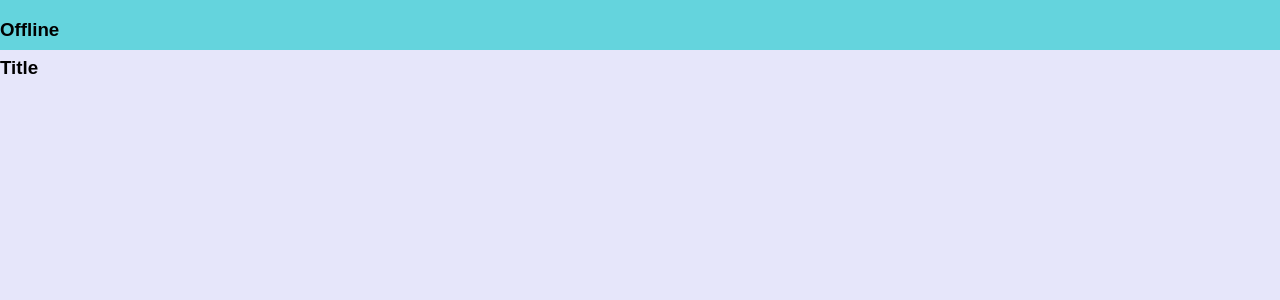
Repository: deriksadiki/react-routes-v6
Page: /weather
An editor plug-in stored every save of this project. The page is shown before and after a run of saves, followed by the edit.
The browser window is 1280 px wide. The pictures show the whole page.
The project was rebuilt for these pictures with package versions that can differ from the ones it lists, and the page was loaded fresh each time. Also part of the build but not shown: src/App.css, src/Components/Home/Home.js, src/Components/Login/Login.js, src/Components/Profile/Profile.js, src/Components/SIgnup/SIgnup.js, src/Auth/Routes.js.

Above is the page before, as saved 2021-11-19 18:34:12.

After the next 2 saves:
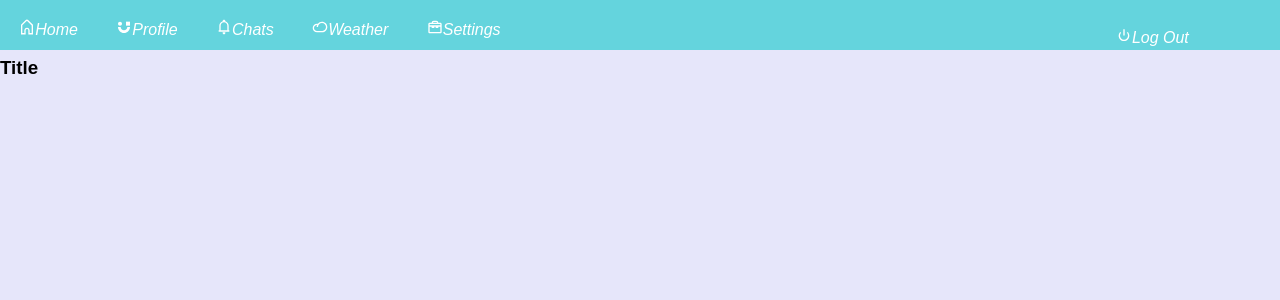
The 2 saves are shown as one change because they came seconds apart.
The last was saved 78 s later.
--- a/src/Components/topbar/NavbarLinks.js
+++ b/src/Components/topbar/NavbarLinks.js
@@ -5,7 +5,7 @@
 
 
 const NavbarLinks = () =>{
-    const [loginState, setLoginState] = useState(false)
+    const [loginState, setLoginState] = useState(true)
 
         return(
             <Router>

After the save that followed:
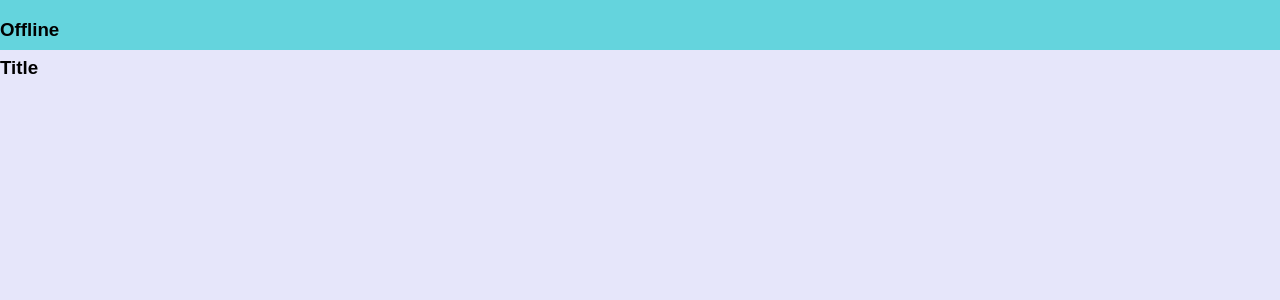
Saved 45 s later.
--- a/src/Components/topbar/NavbarLinks.js
+++ b/src/Components/topbar/NavbarLinks.js
@@ -5,7 +5,7 @@
 
 
 const NavbarLinks = () =>{
-    const [loginState, setLoginState] = useState(true)
+    const [loginState, setLoginState] = useState(false)
 
         return(
             <Router>
